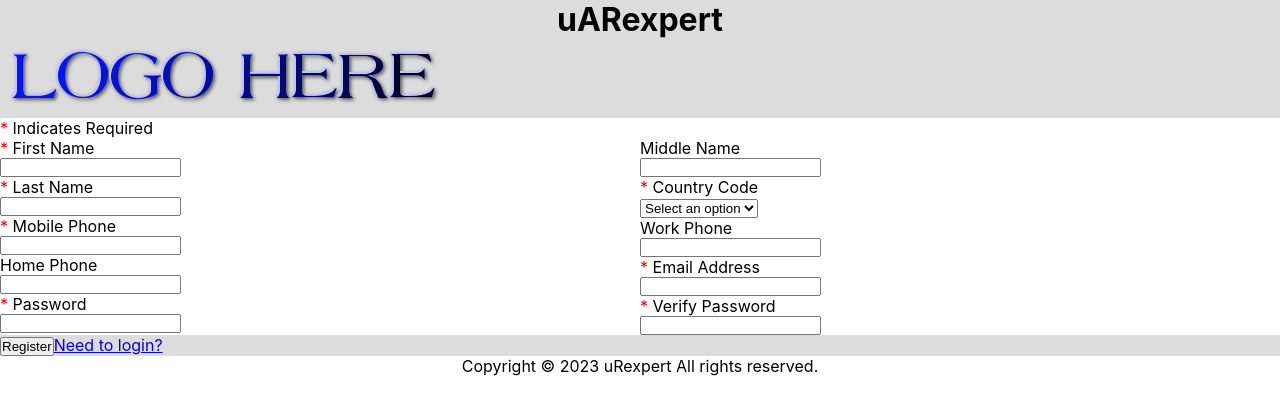
Repository: onionNguyen/Senior-Design-Project
Page: /register (app in frontend/)
These files come from the project's save history. The page is drawn as it stood at one moment and after the next save; the edit follows.
The browser window is 1280 px wide. The pictures show the whole page.
The page's requests for data from a server got no answer. The project was rebuilt for these pictures with package versions that can differ from the ones it lists, and the page was loaded fresh each time. No one was signed in, and anything a server would have sent is missing. Also part of the build but not shown: frontend/src/components/pages/edit-user-profile/EditProfile.module.css, frontend/src/components/pages/edit-user-profile/EditProfile.js, frontend/src/components/pages/login/Login.module.css, frontend/src/components/pages/login/Login.js, frontend/src/components/sidenav/SideNav.module.css, frontend/src/components/sidenav/SideNav.js, frontend/src/components/pages/home/Home.module.css, frontend/src/components/pages/error/Unauthorized.js and 4 more.

Above is the page before, as saved 2023-10-26 23:54:14.

### frontend/src/index.css
* {
  box-sizing: border-box;
  margin: 0;
  padding: 0;
}

body {
  font-family: -apple-system, BlinkMacSystemFont, "Segoe UI", "Roboto", "Oxygen",
    "Ubuntu", "Cantarell", "Fira Sans", "Droid Sans", "Helvetica Neue",
    sans-serif;
  -webkit-font-smoothing: antialiased;
  -moz-osx-font-smoothing: grayscale;
}

code {
  font-family: source-code-pro, Menlo, Monaco, Consolas, "Courier New",
    monospace;
}

### frontend/src/App.js
import { BrowserRouter as Router, Routes, Route } from "react-router-dom";
import EditProfile from "./components/pages/edit-user-profile/EditProfile";
import Login from "./components/pages/login/Login";
import Home from "./components/pages/home/Home";
import Register from "./components/pages/registration/Register";
import { AuthContext } from "./helpers/AuthContext";
import { useState, useEffect } from "react";
import axios from "axios";
import NotFound from "./components/pages/error/NotFound";
import Calendar from "./components/pages/calendar/Calendar";
import RemoteViewing from "./components/pages/remote-viewing/RemoteViewing";

function App() {
  const [authState, setAuthState] = useState({
    id: 0,
    name: "",
    email: "",
    status: false,
  });

  useEffect(() => {
    axios
      .get("http://localhost:5000/auth", {
        headers: {
          accessToken: localStorage.getItem("accessToken"),
        },
      })
      .then((response) => {
        console.log(response.data);
        if (response.data.error) {
          setAuthState({
            ...authState,
            status: false,
          });
        } else {
          setAuthState({
            id: response.data.id,
            name: response.data.name,
            email: response.data.email,
            status: true,
          });
        }
      });
  }, [authState]);

  return (
    <AuthContext.Provider value={{ authState, setAuthState }}>
      <Router>
        <Routes>
          <Route path="/" exact element={<Home />} />
          <Route path="/register" exact element={<Register />} />
          <Route path="/login" exact element={<Login />} />
          <Route path="/profile/edit" exact element={<EditProfile />} />
          <Route path="/calendar" exact element={<Calendar />} />
          <Route path="/remote-viewing" exact element={<RemoteViewing />} />
          <Route path="*" exact element={<NotFound />} />
        </Routes>
      </Router>
    </AuthContext.Provider>
  );
}

export default App;

### frontend/src/components/pages/registration/Register.js
import React, { useState, useEffect } from "react";
import { useNavigate } from "react-router-dom";
import axios from "axios";
import Footer from "../../footer/Footer";
import Header from "../../header/Header";
import Input from "../../form/Input";
import styles from "./Register.module.css";
import IndicatesRequired from "../../form/IndicatesRequired";
import MessageRibbon from "../../form/MessageRibbon";

const Register = () => {
  const navigate = useNavigate();

  const [formData, setFormData] = useState({
    first_name: "",
    middle_name: "",
    last_name: "",
    country_name: "",
    mobile_phone: "",
    work_phone: "",
    home_phone: "",
    email: "",
    password: "",
    verify_password: "",
  });

  const [errorMessages, setErrorMessages] = useState([]);

  const [countryCodes, setCountryCodes] = useState([]);

  useEffect(() => {
    axios
      .get("http://localhost:5000/countries")
      .then((response) => {
        setCountryCodes(response.data.countries);
      })
      .catch((error) => {
        console.error("Error fetching country codes:", error);
      });
  }, []);

  const handleInputChange = (event) => {
    const { name, value } = event.target;
    console.log(value);
    setFormData({ ...formData, [name]: value });
  };

  const isValidEmail = (email) => {
    const emailPattern = /^[a-zA-Z0-9._%+-]+@[a-zA-Z0-9.-]+\.[a-zA-Z]{2,}$/;
    return emailPattern.test(email);
  };

  const isValidPhoneNumber = (phoneNumber) => {
    const phonePattern = /^[0-9]{10}$/;
    return phonePattern.test(phoneNumber);
  };

  const handleSubmit = (event) => {
    event.preventDefault();
    console.log(formData);

    const errors = [];

    const fieldToLablesMap = {
      first_name: "First name",
      middle_name: "Middle name",
      last_name: "Last name",
      country_name: "Country code",
      mobile_phone: "Mobile phone",
      work_phone: "Work phone",
      home_phone: "Home phone",
      email: "Email address",
      password: "Password",
      verify_password: "Verify password",
    };

    // Validation for required fields
    const requiredFields = [
      "first_name",
      "last_name",
      "country_name",
      "mobile_phone",
      "email",
      "password",
      "verify_password",
    ];

    requiredFields.forEach((field) => {
      if (!formData[field]) {
        errors.push(`${fieldToLablesMap[field]} is required.`);
      }
    });

    // Validation for field lengths
    const fieldsToCheckLength = [
      "first_name",
      "middle_name",
      "last_name",
      "email",
      "password",
      "verify_password",
    ];
    fieldsToCheckLength.forEach((field) => {
      if (formData[field] && formData[field].length > 50) {
        errors.push(
          `${fieldToLablesMap[field]} must be 50 characters or less.`
        );
      }
    });

    // Validation for phone numbers (mobile, work, home)
    const phoneFields = ["mobile_phone", "work_phone", "home_phone"];
    phoneFields.forEach((field) => {
      if (
        formData[field] &&
        (formData[field].length > 10 || !isValidPhoneNumber(formData[field]))
      ) {
        errors.push(
          `${fieldToLablesMap[field]} must be 10 characters or less and valid.`
        );
      }
    });

    // Validation for email
    if (formData.email && !isValidEmail(formData.email)) {
      errors.push("Invalid email address.");
    }

    // Validation for password and verify_password
    if (formData.password !== formData.verify_password) {
      errors.push("Passwords do not match.");
    }

    console.log(errors);
    if (errors.length === 0) {
      axios
        .post("http://localhost:5000/register", formData)
        .then((response) => {
          console.log(response.data);
          navigate("/login");
        })
        .catch((error) => {
          console.error("Error registering user:", error);
        });
      setErrorMessages([]);
      setFormData({
        first_name: "",
        middle_name: "",
        last_name: "",
        country_name: "",
        mobile_phone: "",
        work_phone: "",
        home_phone: "",
        email: "",
        password: "",
        verify_password: "",
      });
    } else {
      setErrorMessages(errors);
    }
  };

  return (
    <div>
      <Header />
      <MessageRibbon messageList={errorMessages} />
      <IndicatesRequired />
      <form onSubmit={handleSubmit} noValidate>
        <div className={styles["form-container"]}>
          <div className={styles["form-sub-container"]}>
            <Input
              label={"First Name"}
              type={"text"}
              name={"first_name"}
              value={formData.first_name}
              onChange={handleInputChange}
              required={true}
            />
            <Input
              label={"Last Name"}
              type={"text"}
              name={"last_name"}
              value={formData.last_name}
              onChange={handleInputChange}
              required={true}
            />
            <Input
              label={"Mobile Phone"}
              type={"text"}
              name={"mobile_phone"}
              value={formData.mobile_phone}
              onChange={handleInputChange}
              required={true}
            />
            <Input
              label={"Home Phone"}
              type={"text"}
              name={"home_phone"}
              value={formData.home_phone}
              onChange={handleInputChange}
              required={false}
            />
            <Input
              label={"Password"}
              type={"password"}
              name={"password"}
              value={formData.password}
              onChange={handleInputChange}
              required={true}
            />
          </div>
          <div className={styles["form-sub-container"]}>
            <Input
              label={"Middle Name"}
              type={"text"}
              name={"middle_name"}
              value={formData.middle_name}
              onChange={handleInputChange}
              required={false}
            />
            <Input
              label={"Country Code"}
              type={"select"}
              name={"country_name"}
              value={formData.country_name}
              onChange={handleInputChange}
              required={true}
              countryCodes={countryCodes}
            />
            <Input
              label={"Work Phone"}
              type={"text"}
              name={"work_phone"}
              value={formData.work_phone}
              onChange={handleInputChange}
              required={false}
            />
            <Input
              label={"Email Address"}
              type={"email"}
              name={"email"}
              value={formData.email}
              onChange={handleInputChange}
              required={true}
            />
            <Input
              label={"Verify Password"}
              type={"password"}
              name={"verify_password"}
              value={formData.verify_password}
              onChange={handleInputChange}
              required={true}
            />
          </div>
        </div>
        <div className={styles["button-ribbon"]}>
          <button>Register</button>
          <a href="http://localhost:3000/login">Need to login?</a>
        </div>
      </form>
      <Footer />
    </div>
  );
};

export default Register;

### frontend/src/components/footer/Footer.js
import React from "react";
import styles from "./Footer.module.css";

const Footer = () => {
  return (
    <div className={styles["footer"]}>
      <p>Copyright &copy; 2023 uRexpert All rights reserved.</p>
    </div>
  );
};

export default Footer;

### frontend/src/components/header/Header.js
import React from "react";
import styles from "./Header.module.css";
import mainLogo from "../../assets/logo.png";
import { useContext } from "react";
import { AuthContext } from "../../helpers/AuthContext";
import { useNavigate } from "react-router-dom";

const Header = () => {
  const { authState, setAuthState } = useContext(AuthContext);
  const navigate = useNavigate();

  const logout = () => {
    localStorage.removeItem("accessToken");
    setAuthState({
      id: 0,
      name: "",
      email: "",
      status: false,
    });
    navigate("/login");
  };

  return (
    <div className={styles["header"]}>
      <h1>uARexpert</h1>
      <div className={styles["left-aligned"]}>
        <div id="logo">
          <img src={mainLogo} alt="Logo" />
        </div>
      </div>
      {authState.status && <h2>{authState.name}</h2>}
      {authState.status && <button onClick={logout}>Logout</button>}
    </div>
  );
};

export default Header;

### frontend/src/components/form/Input.js
import React from "react";
import styles from "./Form.module.css";

const Input = ({
  label,
  type,
  name,
  value,
  onChange,
  required,
  countryCodes,
}) => {
  return (
    <>
      <label className={styles["display-block"]} htmlFor={name}>
        {required && <span className={styles["required"]}>* </span>}
        {label}
      </label>
      {type === "select" && (
        <select
          name={name}
          id={name}
          value={value}
          onChange={(e) => onChange(e)}
          required={required}
        >
          <option value="" disabled hidden>
            Select an option
          </option>
          {countryCodes.map((countryCode, index) => (
            <option key={index} value={countryCode.name}>
              {countryCode.name} ({countryCode.code})
            </option>
          ))}
        </select>
      )}
      {(type === "text" || type === "email" || type === "password") && (
        <input
          className={styles["display-block"]}
          type={type}
          name={name}
          id={name}
          value={value}
          onChange={(e) => onChange(e)}
          required={required}
        />
      )}
    </>
  );
};

export default Input;

### frontend/src/components/form/IndicatesRequired.js
import React from "react";
import styles from "./Form.module.css";

const IndicatesRequired = () => {
  return (
    <div>
      <span className={styles["required"]}>* </span>
      <span>Indicates Required</span>
    </div>
  );
};

export default IndicatesRequired;

### frontend/src/components/form/MessageRibbon.js
import React from "react";

const MessageRibbon = ({ messageList }) => {
  return (
    <>
      <ul>
        {messageList.map((message, index) => {
          return <li key={index}>{message}</li>;
        })}
      </ul>
    </>
  );
};

export default MessageRibbon;

### frontend/src/components/pages/registration/Register.module.css
.form-container {
  display: flex;
}

.form-sub-container {
  width: 50%;
}

.button-ribbon {
  background-color: gainsboro;
}

### frontend/src/components/header/Header.module.css
.header {
  text-align: center;
  background-color: gainsboro;
}

.left-aligned {
  text-align: left;
}

### frontend/src/components/form/Form.module.css
.display-block {
  display: block;
}

.required {
  color: red;
}

Loaded but not shown: frontend/public/index.html (common file); frontend/src/index.js (common file); frontend/src/reportWebVitals.js (common file); frontend/src/helpers/AuthContext.js (common file); frontend/src/components/footer/Footer.module.css (common file)

After the next save:
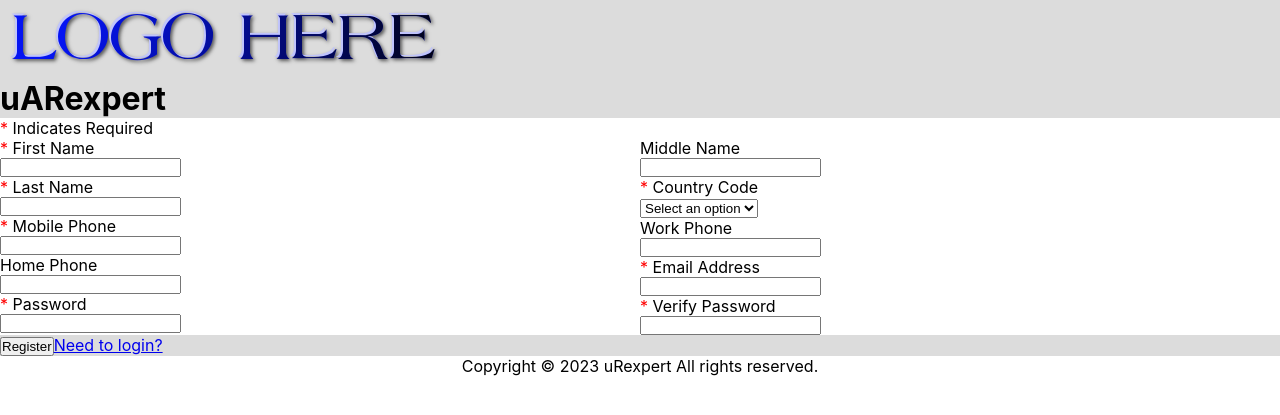
Saved 13 min 47 s later.
--- a/frontend/src/components/header/Header.js
+++ b/frontend/src/components/header/Header.js
@@ -22,11 +22,11 @@ const Header = () => {
 
   return (
     <div className={styles["header"]}>
-      <h1>uARexpert</h1>
       <div className={styles["left-aligned"]}>
         <div id="logo">
           <img src={mainLogo} alt="Logo" />
         </div>
+        <h1>uARexpert</h1>
       </div>
       {authState.status && <h2>{authState.name}</h2>}
       {authState.status && <button onClick={logout}>Logout</button>}
